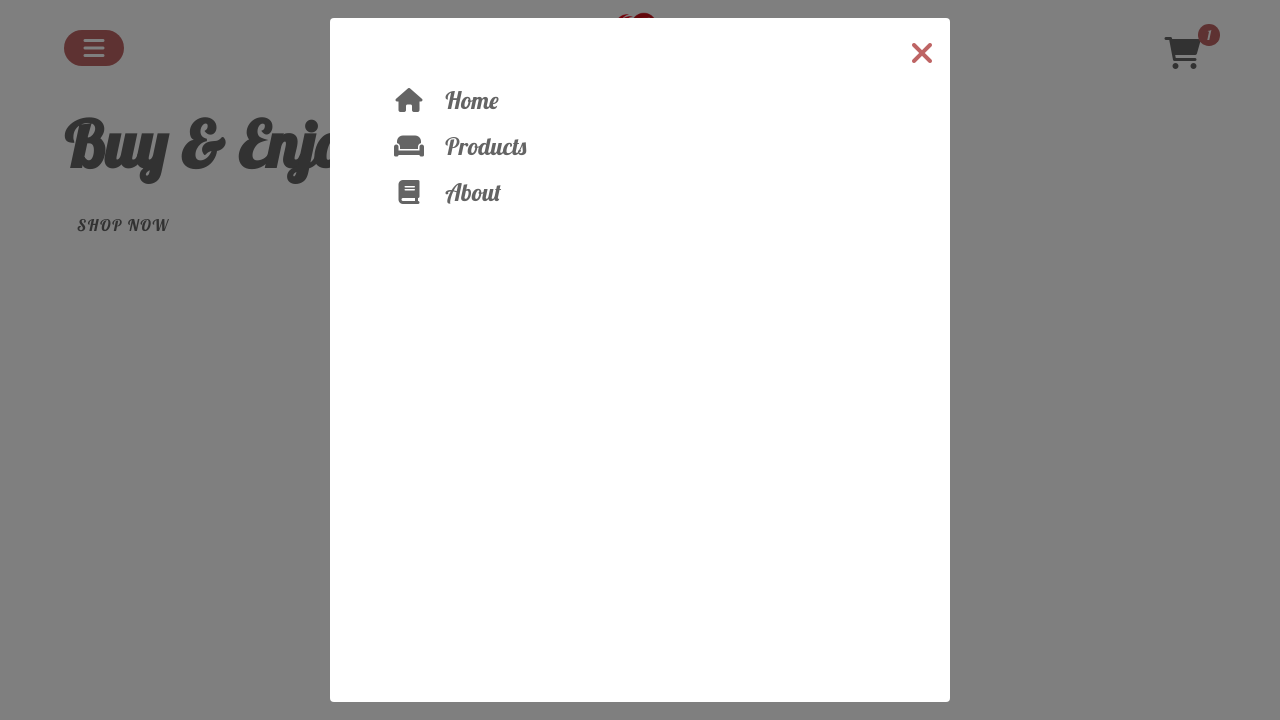
Repository: tetlisna/myprojectJS2
Page: index.html
An editor plug-in stored every save of this project. The page is shown before and after the next save, followed by the edit.
The browser window is 1280 px wide. The pictures show the whole page.
Some web fonts or font styles are not loaded; a fallback is used.

Above is the page before, as saved 2022-09-04 21:47:52.

After the next save:
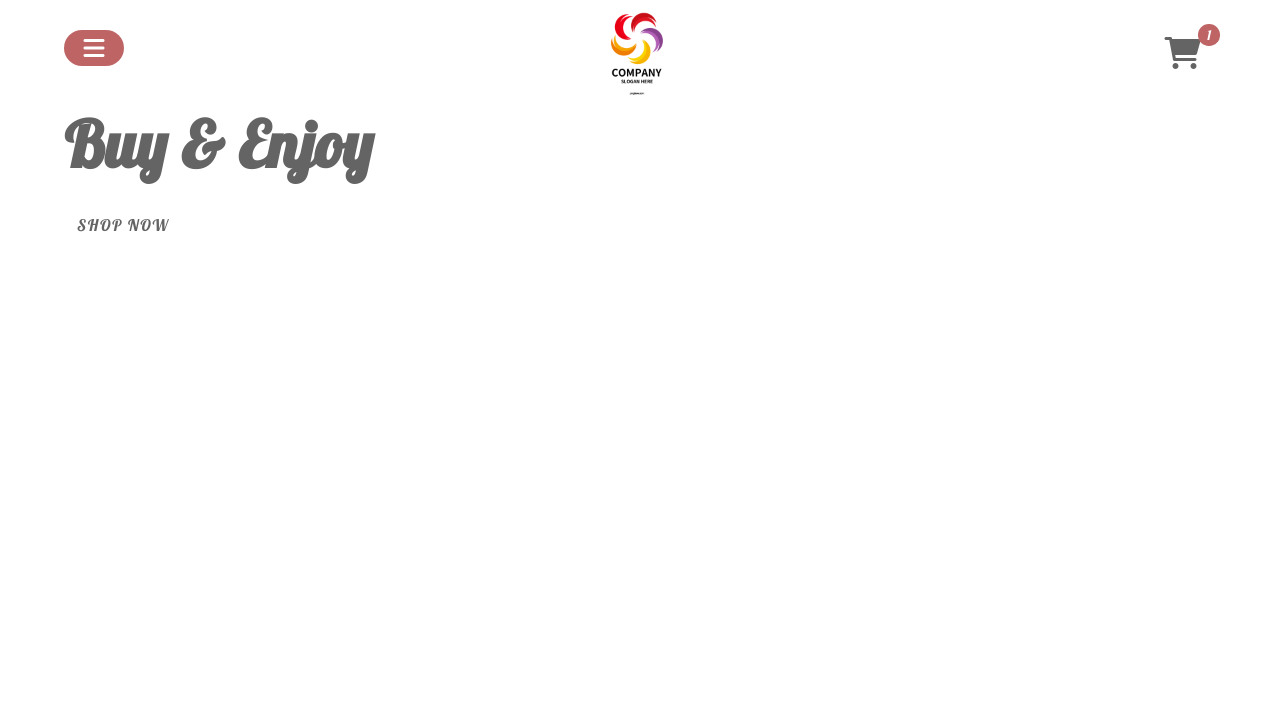
Saved 28 s later.
--- a/css/style.css
+++ b/css/style.css
@@ -185,10 +185,10 @@
     opacity: 0;
     background: rgba(0, 0, 0, 0.5);
   }
-  .sidebar-pop-out /*show*/ {
+  /* .sidebar-pop-out /*show*/ {
     opacity: 1;
     z-index: 100;
-  }
+  } */
   .sidebar {
     width: 90vw;
     height: 95vh;
